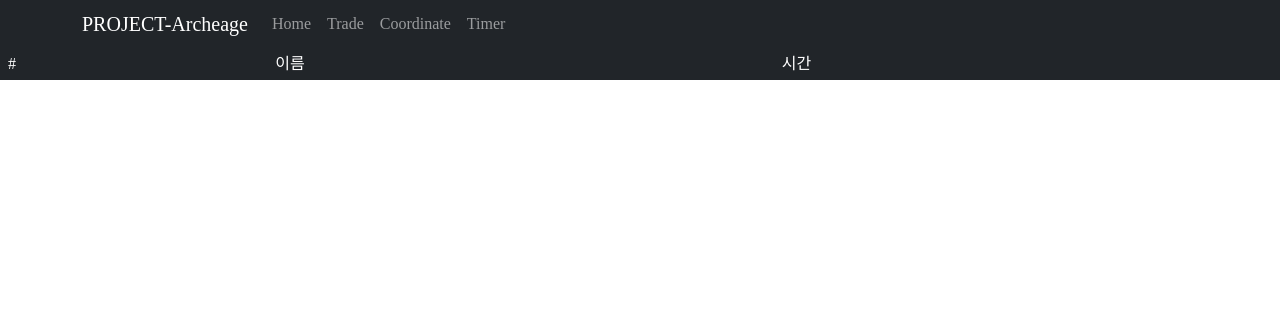
Repository: minsang98/project-archeage
Page: /timer
These files come from the project's save history. The page is drawn as it stood at one moment and after the next save; the edit follows.
The browser window is 1280 px wide. The pictures show the whole page.
The project was rebuilt for these pictures with package versions that can differ from the ones it lists, and the page was loaded fresh each time. Imported but missing from the stored project, and not drawn on this page: src/components/Timer/lol.mp3.

Above is the page before, as saved 2022-01-10 22:51:51.

After the next save:
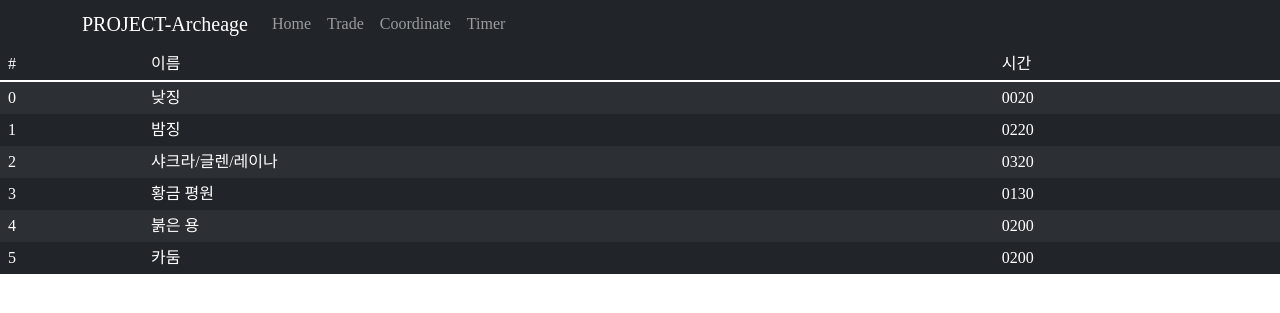
Saved 60 s later.
--- a/src/components/Timer/Timer.js
+++ b/src/components/Timer/Timer.js
@@ -21,14 +21,14 @@ const Timer = () => {
           </tr>
         </thead>
         <tbody>
-          {schedule.map((v) => {
+          {schedule.map((v) => (
             <tr key={v.id}>
               {console.log(v.name)}
               <td>{v.id}</td>
               <td>{v.name}</td>
               <td>{v.time[0]}</td>
-            </tr>;
-          })}
+            </tr>
+          ))}
         </tbody>
       </Table>
     </div>
